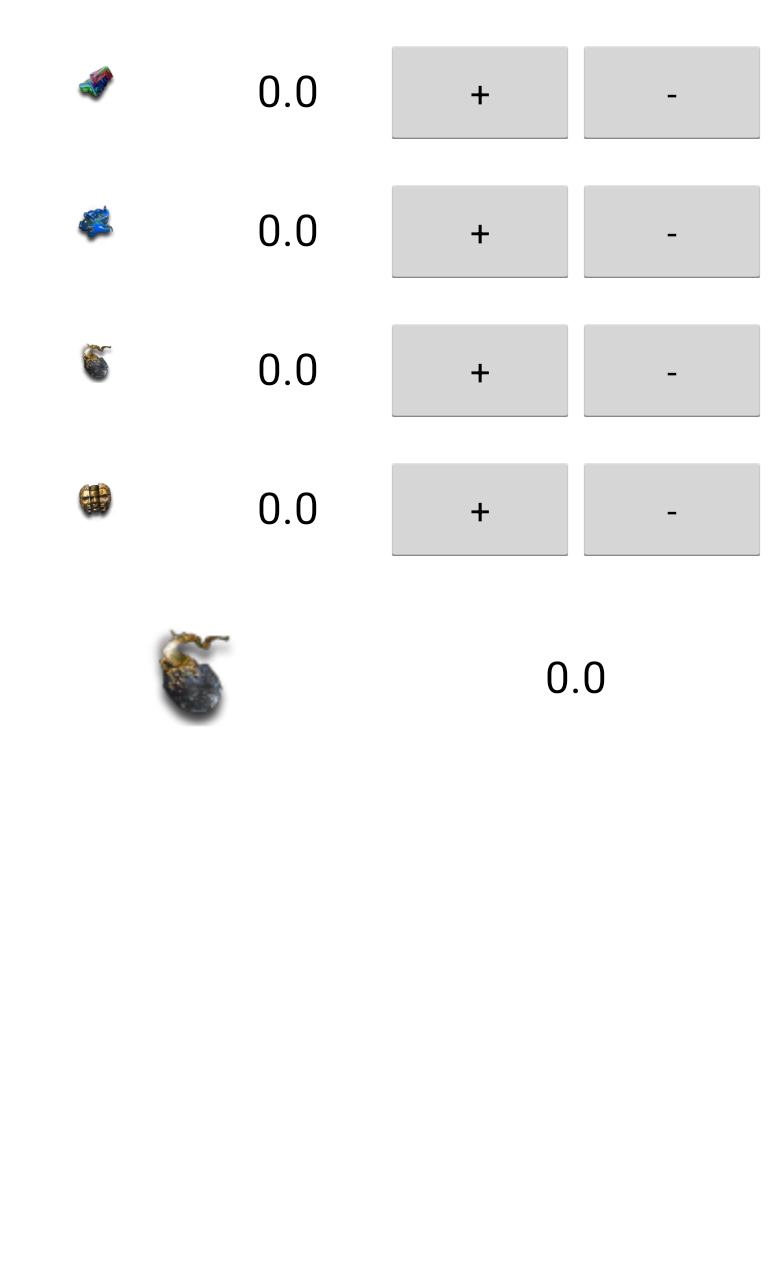
Repository: erictoddhagen/StartingAndriod
Layout: MyFirstApp/OrbTradeTracker/res/layout/activity_main.xml
These files come from the project's save history. The layout is drawn as it stood at one moment and after the next save; the edit follows.
It is drawn on a 768 x 1280 px phone screen (xhdpi) without system bars, with theme AppTheme; the app's code is not run.

Above is the layout before, as saved 2013-02-03 20:28:29.

### MyFirstApp/OrbTradeTracker/res/layout/activity_main.xml
<?xml version="1.0" encoding="utf-8"?>
<!-- Parent linear layout with vertical orientation -->
<LinearLayout
  xmlns:android="http://schemas.android.com/apk/res/android"
  android:orientation="vertical"
  android:layout_width="match_parent"
  android:layout_height="match_parent">


 <LinearLayout android:layout_width="fill_parent"
               android:layout_height="wrap_content"
               android:orientation="horizontal"
               android:layout_marginTop="15dip">

      <ImageView
        android:id="@+id/imageChrom"
        android:layout_width="fill_parent"
        android:layout_height="fill_parent"
        android:padding="15dip"
        android:layout_weight="1"
        android:gravity="center"
        android:src="@drawable/chromatic" />

    <TextView
        android:id="@+id/chromTextView"
        android:layout_width="fill_parent"
        android:layout_height="fill_parent"
        android:text="0.0"
        android:padding="15dip"
        android:layout_weight="1"
        android:gravity="center"
        android:textAppearance="?android:attr/textAppearanceLarge" />

    <Button
        android:id="@+id/chromButtonAdd"
        android:layout_width="fill_parent"
        android:layout_height="wrap_content"
        android:padding="15dip"
        android:layout_weight="1"
        android:gravity="center"
        android:text="+" />

    <Button
        android:id="@+id/chromButtonSub"
        android:layout_width="fill_parent"
        android:layout_height="wrap_content"
        android:padding="15dip"
        android:layout_weight="1"
        android:gravity="center"
        android:text="-" />
</LinearLayout>

  <LinearLayout android:layout_width="fill_parent"
               android:layout_height="wrap_content"
               android:orientation="horizontal"
               android:layout_marginTop="15dip">

      <ImageView
        android:id="@+id/imageAlter"
        android:layout_width="fill_parent"
        android:layout_height="fill_parent"
        android:padding="15dip"
        android:layout_weight="1"
        android:gravity="center"
        android:src="@drawable/alteration" />

    <TextView
        android:id="@+id/alterTextView"
        android:layout_width="fill_parent"
        android:layout_height="fill_parent"
        android:text="0.0"
        android:padding="15dip"
        android:layout_weight="1"
        android:gravity="center"
        android:textAppearance="?android:attr/textAppearanceLarge" />

    <Button
        android:id="@+id/alterButtonAdd"
        android:layout_width="fill_parent"
        android:layout_height="wrap_content"
        android:padding="15dip"
        android:layout_weight="1"
        android:gravity="center"
        android:text="+" />

    <Button
        android:id="@+id/alterButtonSub"
        android:layout_width="fill_parent"
        android:layout_height="wrap_content"
        android:padding="15dip"
        android:layout_weight="1"
        android:gravity="center"
        android:text="-" />
</LinearLayout>

 <LinearLayout android:layout_width="fill_parent"
               android:layout_height="wrap_content"
               android:orientation="horizontal"
               android:layout_marginTop="15dip">

      <ImageView
        android:id="@+id/imageAlch"
        android:layout_width="fill_parent"
        android:layout_height="fill_parent"
        android:padding="15dip"
        android:layout_weight="1"
        android:gravity="center"
        android:src="@drawable/alchemy" />

    <TextView
        android:id="@+id/alchTextView"
        android:layout_width="fill_parent"
        android:layout_height="fill_parent"
        android:text="0.0"
        android:padding="15dip"
        android:layout_weight="1"
        android:gravity="center"
        android:textAppearance="?android:attr/textAppearanceLarge" />

    <Button
        android:id="@+id/alchButtonAdd"
        android:layout_width="fill_parent"
        android:layout_height="wrap_content"
        android:padding="15dip"
        android:layout_weight="1"
        android:gravity="center"
        android:text="+" />

    <Button
        android:id="@+id/alchButtonSub"
        android:layout_width="fill_parent"
        android:layout_height="wrap_content"
        android:padding="15dip"
        android:layout_weight="1"
        android:gravity="center"
        android:text="-" />
</LinearLayout>

 <LinearLayout android:layout_width="fill_parent"
               android:layout_height="wrap_content"
               android:orientation="horizontal"
               android:layout_marginTop="15dip">

      <ImageView
        android:id="@+id/imageVChaos"
        android:layout_width="fill_parent"
        android:layout_height="fill_parent"
        android:padding="15dip"
        android:layout_weight="1"
        android:gravity="center"
        android:src="@drawable/chaos" />

      <TextView
        android:id="@+id/chaosTextView"
        android:layout_width="fill_parent"
        android:layout_height="fill_parent"
        android:text="0.0"
        android:padding="15dip"
        android:layout_weight="1"
        android:gravity="center"
        android:textAppearance="?android:attr/textAppearanceLarge" />

    <Button
        android:id="@+id/chaosButtonAdd"
        android:layout_width="fill_parent"
        android:layout_height="wrap_content"
        android:padding="15dip"
        android:layout_weight="1"
        android:gravity="center"
        android:text="+" />

    <Button
        android:id="@+id/chaosButtonSub"
        android:layout_width="fill_parent"
        android:layout_height="wrap_content"
        android:padding="15dip"
        android:layout_weight="1"
        android:gravity="center"
        android:text="-" />
</LinearLayout>

<LinearLayout android:layout_width="fill_parent"
               android:layout_height="wrap_content"
               android:orientation="horizontal"
               android:layout_marginTop="15dip">

      <ImageView
        android:id="@+id/imageAlch"
        android:layout_width="fill_parent"
        android:layout_height="fill_parent"
        android:padding="15dip"
        android:layout_weight="1"
        android:gravity="center"
        android:src="@drawable/alchemy" />

    <TextView
        android:id="@+id/alchTotal"
        android:layout_width="fill_parent"
        android:layout_height="fill_parent"
        android:text="0.0"
        android:padding="15dip"
        android:layout_weight="1"
        android:gravity="center"
        android:textAppearance="?android:attr/textAppearanceLarge" />

</LinearLayout>

</LinearLayout>

Loaded but not shown: MyFirstApp/OrbTradeTracker/res/values/styles.xml (common file); MyFirstApp/OrbTradeTracker/res/values-v11/styles.xml (common file); MyFirstApp/OrbTradeTracker/res/values-v14/styles.xml (common file)

After the next save:
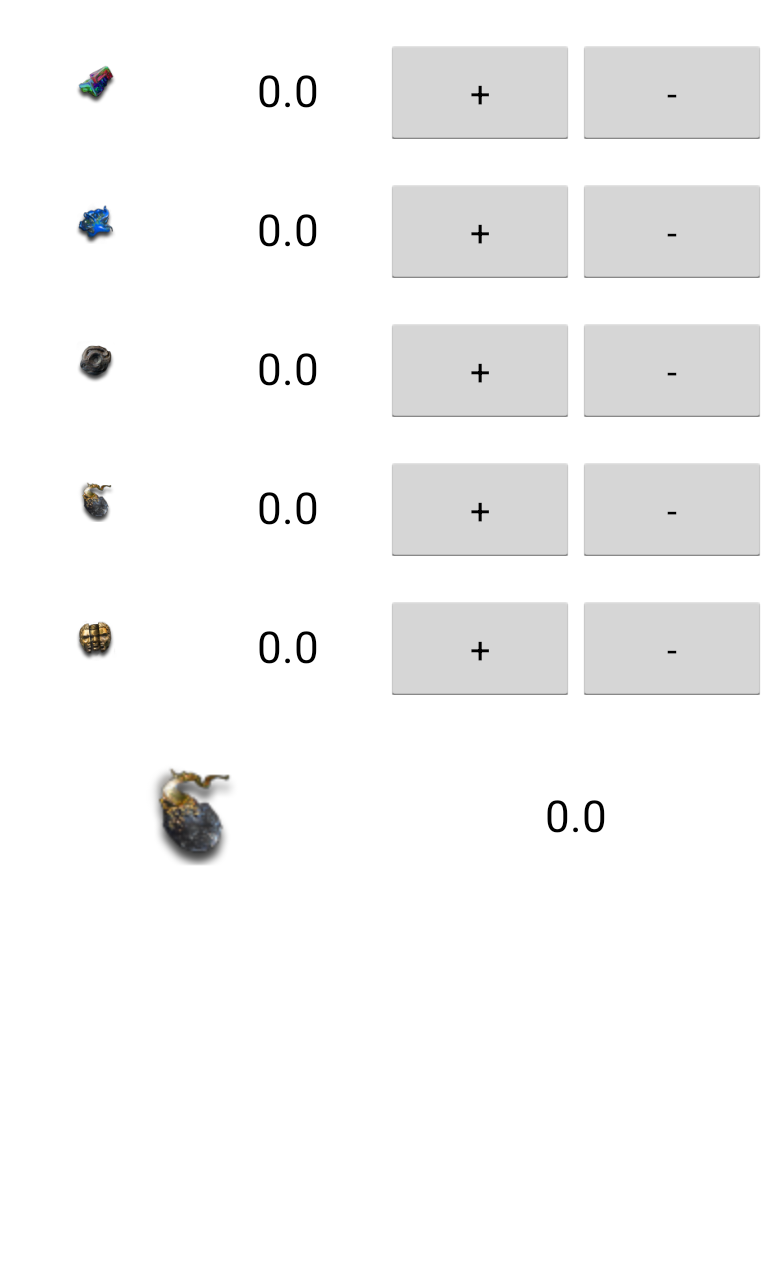
Saved 45 s later.
--- a/MyFirstApp/OrbTradeTracker/res/layout/activity_main.xml
+++ b/MyFirstApp/OrbTradeTracker/res/layout/activity_main.xml
@@ -93,6 +93,49 @@
         android:text="-" />
 </LinearLayout>
 
+   <LinearLayout android:layout_width="fill_parent"
+               android:layout_height="wrap_content"
+               android:orientation="horizontal"
+               android:layout_marginTop="15dip">
+
+      <ImageView
+        android:id="@+id/imageJew"
+        android:layout_width="fill_parent"
+        android:layout_height="fill_parent"
+        android:padding="15dip"
+        android:layout_weight="1"
+        android:gravity="center"
+        android:src="@drawable/jewellers" />
+
+    <TextView
+        android:id="@+id/jewTextView"
+        android:layout_width="fill_parent"
+        android:layout_height="fill_parent"
+        android:text="0.0"
+        android:padding="15dip"
+        android:layout_weight="1"
+        android:gravity="center"
+        android:textAppearance="?android:attr/textAppearanceLarge" />
+
+    <Button
+        android:id="@+id/jewButtonAdd"
+        android:layout_width="fill_parent"
+        android:layout_height="wrap_content"
+        android:padding="15dip"
+        android:layout_weight="1"
+        android:gravity="center"
+        android:text="+" />
+
+    <Button
+        android:id="@+id/jewButtonSub"
+        android:layout_width="fill_parent"
+        android:layout_height="wrap_content"
+        android:padding="15dip"
+        android:layout_weight="1"
+        android:gravity="center"
+        android:text="-" />
+</LinearLayout>
+
  <LinearLayout android:layout_width="fill_parent"
                android:layout_height="wrap_content"
                android:orientation="horizontal"
